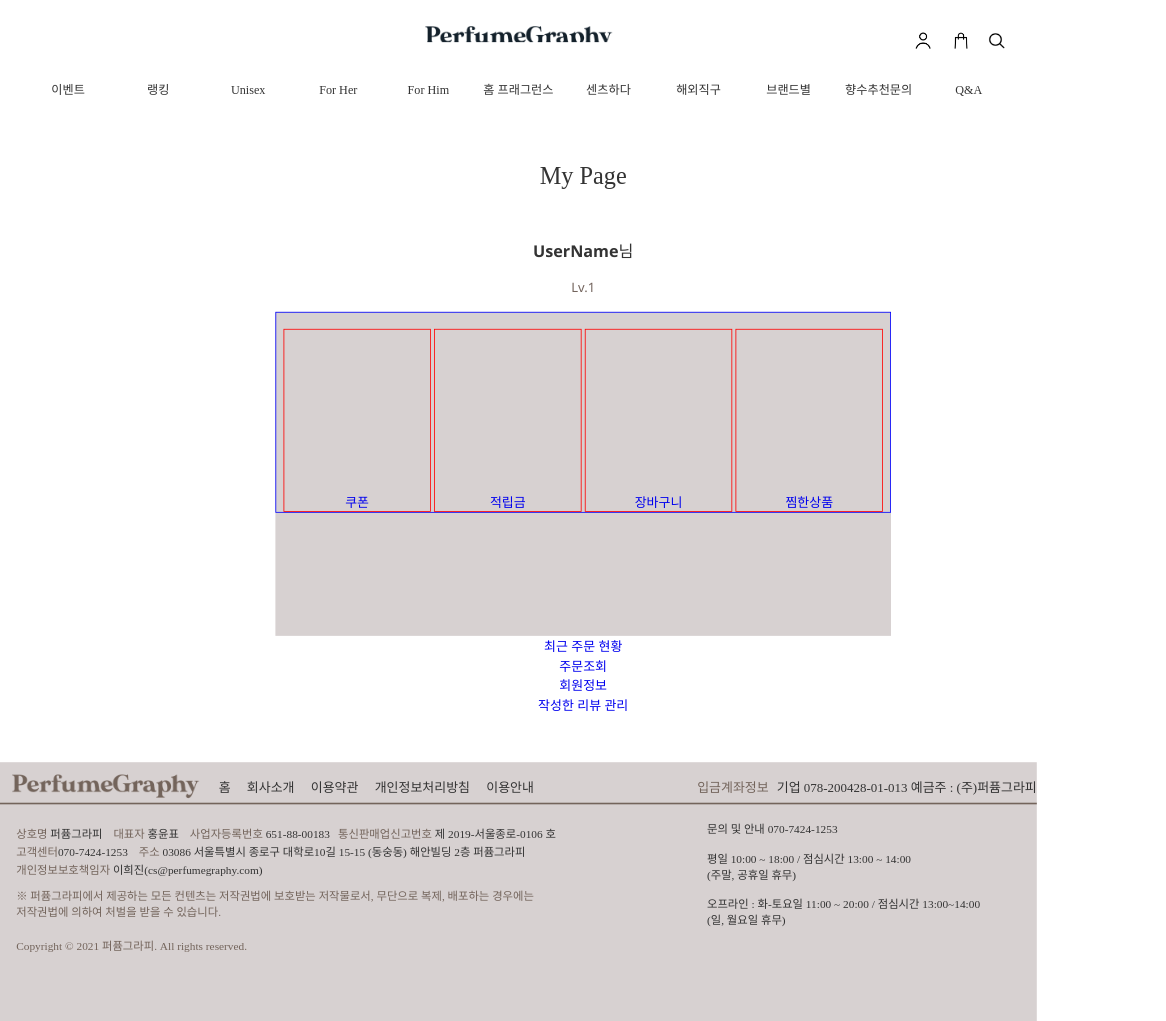
Repository: mingdue03/perfumegraphy
Page: myPage.html
The author's editor kept a copy of each file at every save. The page is drawn from the files as they stood at one save, then again after a run of saves.
The browser window is 1280 px wide. The page is 1440 px wide, so the pictures cover 1440 px, including what lies to the right of the window. The pictures show the whole page, at 81% of full size.

Above is the page before, as saved 2021-08-26 16:02:29.

After the next 2 saves:
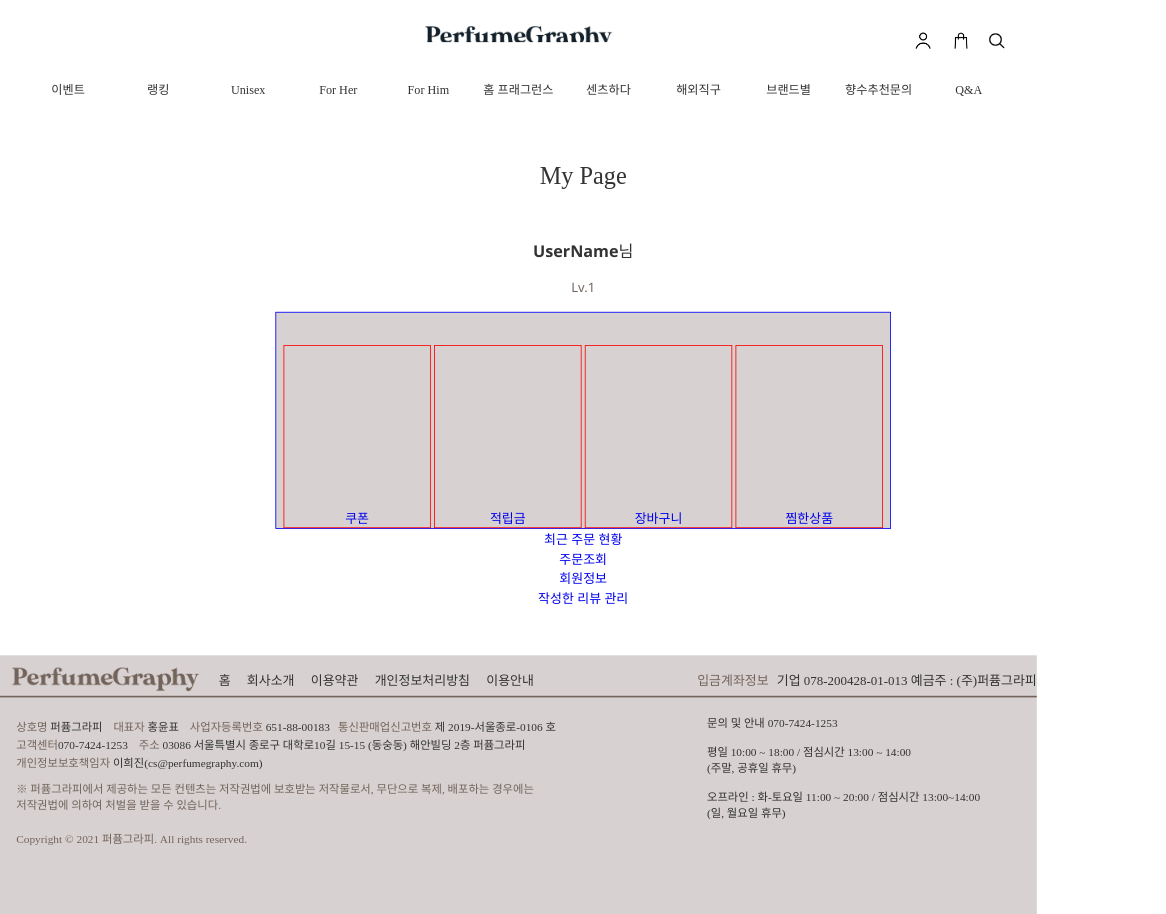
The 2 saves are shown as one change because they came seconds apart.
The last was saved 11 s later.
--- a/css/mypage.css
+++ b/css/mypage.css
@@ -35,12 +35,12 @@
 }
 .coupon_wrap{
   width:100%;
-  height:400px;
+  height:auto;
   background:#D7D1D1;
 }
 .coupon_wrap ul{
   border:1px solid blue;
-  padding-top:20px;
+  padding-top:40px;
 }
 .coupon_wrap li{
   display: inline-block;
